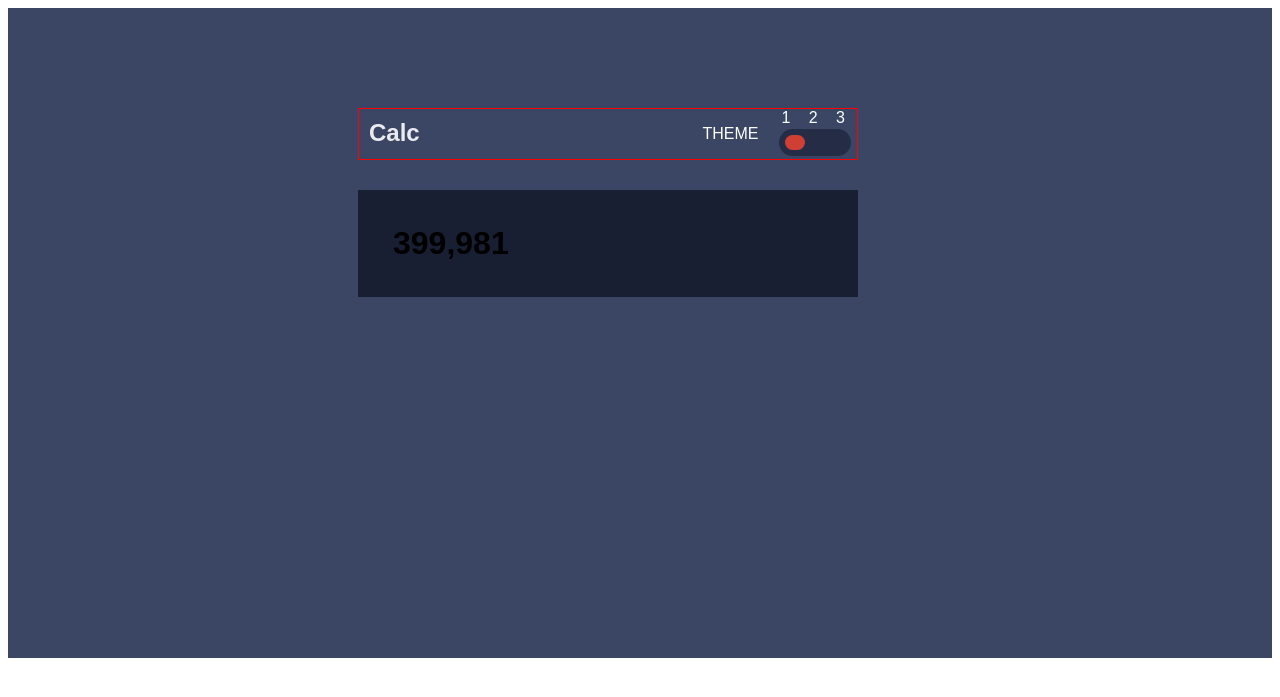
Repository: Bakyproit/Calcutor
Page: SimpleCalculatorApp.html
An editor plug-in stored every save of this project. The page is shown before and after the next save, followed by the edit.
The browser window is 1280 px wide. The pictures show the whole page.

Above is the page before, as saved 2022-02-09 16:05:50.

### SimpleCalculatorApp.html
<!DOCTYPE html>
<html lang="en">
<head>
    <meta charset="UTF-8">
    <meta http-equiv="X-UA-Compatible" content="IE=edge">
    <meta name="viewport" content="width=device-width, initial-scale=1.0">
    <title>SimpleCalculatorApp</title>
    <link rel="stylesheet" href="asset/App.css">
    <link rel="stylesheet" href="asset/grid.css">
</head>
<body>
    <div class="container">
        <div class="app">
            <div class="app__title">
                <h1 class="app__title-name">Calc</h1>
                <div class="app__title-theme">
                    <p class="app__title-theme-name">THEME</p>
                    <div class="app__title-theme-box">
                        <div class="app__title-theme-box-number">
                            <span class="app__title-theme-box-number-1">1</span>
                            <span class="app__title-theme-box-number-2">2</span>
                            <span class="app__title-theme-box-number-3">3</span>
                        </div>
                        <div class="app__title-theme-box-toggle">
                            <label for="toggle-input" class="toggle">
                                <input type="checkbox" id="toggle-input" class="toggle__checkbox">
                                <div class="toggle__bar">
                                    <div class="toggle__spin"></div>
                                </div>
                            </label>
                        </div>
                    </div>
                </div>
            </div>

            <div class="app__content">
                <h1 class="app__content-number">399,981</h1>
            </div>
        </div>
    </div>
</body>
</html>

### asset/App.css
html{
    font-family:Arial, Helvetica, sans-serif ;
    box-sizing: border-box;
    padding: 0 ;
    margin: 0;
}
h1{
    margin: 0;
}

.container{
    height: 650px;
    width: 100%;
    background-color: #3b4664;
    position: relative;
}
.app{
    width: 500px;
    position:absolute ;
    top:100px ;
    left:350px;

}
.app__title{
    border:1px solid red ;
    display: flex;
    justify-content:space-between;

}
.app__title-name{
    color : #e9ebf0 ;
    font-size: 24px;
    padding: 10px;
}
.app__title-theme{
    display: flex;
}
.app__title-theme-name{
    color :20px ;
    color:#fcfeff ;
    margin-right: 16px;
}
.app__title-theme-box{
    display: flex;
    flex-direction: column;
    padding-right: 5px;
}
.app__title-theme-box-number{
    color : #f8ffff ;
}
.app__title-theme-box-number-1{
    padding: 0 7px;
}
.app__title-theme-box-number-2{
    padding: 0 7px;

}
.app__title-theme-box-number-3{
    padding: 0 7px;

}
.app__title-theme-box-toggle{
    padding-top: 2px;
    padding-left: 5px;
}
.toggle__checkbox{
    display: none;
}
.toggle__bar{
    width: 60px;
    height: 15px;
    background-color: #252c46;
    border-radius: 5rem;
    /* transition: background-color 4s linear; */
    padding: 6px;
}
.toggle__spin{
    width: 20px;
    height: 15px;
    background-color: #cf3f34;
    border-radius: 3rem;
    transition: transform .3s linear;
}
.toggle__checkbox:checked ~ .toggle__bar{
    background-color: #a2aac6;
}
.toggle__checkbox:checked + .toggle__bar .toggle__spin {
    transform: translateX(2.5rem);
}


.app__content{
    background-color: #181f32;
    margin:30px 0;
}
.app__content-number{
    padding: 35px 35px;
}

### asset/grid.css
.grid {
    width: 100%;
    display: block;
    padding: 0;

}

.grid.wide {
    max-width: 1200px;
    margin: 0 auto;
}

.row {
    display: flex;
    flex-wrap: wrap;
    margin-left: -4px;
    margin-right: -4px;
}

.row.no-gutters {
    margin-left: 0;
    margin-right: 0;
}

.col {
    padding-left: 4px;
    padding-right: 4px;
}

.row.no-gutters .col {
    padding-left: 0;
    padding-right: 0;
}

.c-0 {
    display: none;
}

.c-1 {
    flex: 0 0 8.33333%;
    max-width: 8.33333%;
}

.c-2 {
    flex: 0 0 16.66667%;
    max-width: 16.66667%;
}

.c-3 {
    flex: 0 0 25%;
    max-width: 25%;
}

.c-4 {
    flex: 0 0 33.33333%;
    max-width: 33.33333%;
}

.c-5 {
    flex: 0 0 41.66667%;
    max-width: 41.66667%;
}

.c-6 {
    flex: 0 0 50%;
    max-width: 50%;
}

.c-7 {
    flex: 0 0 58.33333%;
    max-width: 58.33333%;
}

.c-8 {
    flex: 0 0 66.66667%;
    max-width: 66.66667%;
}

.c-9 {
    flex: 0 0 75%;
    max-width: 75%;
}

.c-10 {
    flex: 0 0 83.33333%;
    max-width: 83.33333%;
}

.c-11 {
    flex: 0 0 91.66667%;
    max-width: 91.66667%;
}

.c-12 {
    flex: 0 0 100%;
    max-width: 100%;
}

.c-o-1 {
    margin-left: 8.33333%;
}

.c-o-2 {
    margin-left: 16.66667%;
}

.c-o-3 {
    margin-left: 25%;
}

.c-o-4 {
    margin-left: 33.33333%;
}

.c-o-5 {
    margin-left: 41.66667%;
}

.c-o-6 {
    margin-left: 50%;
}

.c-o-7 {
    margin-left: 58.33333%;
}

.c-o-8 {
    margin-left: 66.66667%;
}

.c-o-9 {
    margin-left: 75%;
}

.c-o-10 {
    margin-left: 83.33333%;
}

.c-o-11 {
    margin-left: 91.66667%;
}

/* >= Tablet */
@media (min-width: 740px) {
    .row {
        margin-left: -8px;
        margin-right: -8px;
    }

    .col {
        padding-left: 8px;
        padding-right: 8px;
    }

    .m-0 {
        display: none;
    }

    .m-1,
    .m-2,
    .m-3,
    .m-4,
    .m-5,
    .m-6,
    .m-7,
    .m-8,
    .m-9,
    .m-10,
    .m-11,
    .m-12 {
        display: block;
    }

    .m-1 {
        flex: 0 0 8.33333%;
        max-width: 8.33333%;
    }

    .m-2 {
        flex: 0 0 16.66667%;
        max-width: 16.66667%;
    }

    .m-3 {
        flex: 0 0 25%;
        max-width: 25%;
    }

    .m-4 {
        flex: 0 0 33.33333%;
        max-width: 33.33333%;
    }

    .m-5 {
        flex: 0 0 41.66667%;
        max-width: 41.66667%;
    }

    .m-6 {
        flex: 0 0 50%;
        max-width: 50%;
    }

    .m-7 {
        flex: 0 0 58.33333%;
        max-width: 58.33333%;
    }

    .m-8 {
        flex: 0 0 66.66667%;
        max-width: 66.66667%;
    }

    .m-9 {
        flex: 0 0 75%;
        max-width: 75%;
    }

    .m-10 {
        flex: 0 0 83.33333%;
        max-width: 83.33333%;
    }

    .m-11 {
        flex: 0 0 91.66667%;
        max-width: 91.66667%;
    }

    .m-12 {
        flex: 0 0 100%;
        max-width: 100%;
    }

    .m-o-1 {
        margin-left: 8.33333%;
    }

    .m-o-2 {
        margin-left: 16.66667%;
    }

    .m-o-3 {
        margin-left: 25%;
    }

    .m-o-4 {
        margin-left: 33.33333%;
    }

    .m-o-5 {
        margin-left: 41.66667%;
    }

    .m-o-6 {
        margin-left: 50%;
    }

    .m-o-7 {
        margin-left: 58.33333%;
    }

    .m-o-8 {
        margin-left: 66.66667%;
    }

    .m-o-9 {
        margin-left: 75%;
    }

    .m-o-10 {
        margin-left: 83.33333%;
    }

    .m-o-11 {
        margin-left: 91.66667%;
    }
}

/* PC medium resolution > */
@media (min-width: 1113px) {
    .row {
        margin-left: -6px;
        margin-right: -6px;
    }

    .row.sm-gutter {
        margin-left: -5px;
        margin-right: -5px;
    }

    .col {
        padding-left: 6px;
        padding-right: 6px;
    }

    .row.sm-gutter .col {
        padding-left: 5px;
        padding-right: 5px;
    }

    .l-0 {
        display: none;
    }

    .l-1,
    .l-2,
    .l-2-4,
    .l-3,
    .l-4,
    .l-5,
    .l-6,
    .l-7,
    .l-8,
    .l-9,
    .l-10,
    .l-11,
    .l-12 {
        display: block;
    }

    .l-1 {
        flex: 0 0 8.33333%;
        max-width: 8.33333%;
    }

    .l-2 {
        flex: 0 0 16.66667%;
        max-width: 16.66667%;
    }

    .l-2-4 {
        flex: 0 0 20%;
        max-width: 20%;
    }

    .l-3 {
        flex: 0 0 25%;
        max-width: 25%;
    }

    .l-4 {
        flex: 0 0 33.33333%;
        max-width: 33.33333%;
    }

    .l-5 {
        flex: 0 0 41.66667%;
        max-width: 41.66667%;
    }

    .l-6 {
        flex: 0 0 50%;
        max-width: 50%;
    }

    .l-7 {
        flex: 0 0 58.33333%;
        max-width: 58.33333%;
    }

    .l-8 {
        flex: 0 0 66.66667%;
        max-width: 66.66667%;
    }

    .l-9 {
        flex: 0 0 75%;
        max-width: 75%;
    }

    .l-10 {
        flex: 0 0 83.33333%;
        max-width: 83.33333%;
    }

    .l-11 {
        flex: 0 0 91.66667%;
        max-width: 91.66667%;
    }

    .l-12 {
        flex: 0 0 100%;
        max-width: 100%;
    }

    .l-o-1 {
        margin-left: 8.33333%;
    }

    .l-o-2 {
        margin-left: 16.66667%;
    }

    .l-o-3 {
        margin-left: 25%;
    }

    .l-o-4 {
        margin-left: 33.33333%;
    }

    .l-o-5 {
        margin-left: 41.66667%;
    }

    .l-o-6 {
        margin-left: 50%;
    }

    .l-o-7 {
        margin-left: 58.33333%;
    }

    .l-o-8 {
        margin-left: 66.66667%;
    }

    .l-o-9 {
        margin-left: 75%;
    }

    .l-o-10 {
        margin-left: 83.33333%;
    }

    .l-o-11 {
        margin-left: 91.66667%;
    }
}

/* Tablet - PC low resolution */
@media (min-width: 740px) and (max-width: 1023px) {
    .wide {
        width: 644px;
    }
}

/* > PC low resolution */
@media (min-width: 1024px) and (max-width: 1239px) {
    .wide {
        width: 984px;
    }

    .wide .row {
        margin-left: -12px;
        margin-right: -12px;
    }

    .wide .row.sm-gutter {
        margin-left: -5px;
        margin-right: -5px;
    }

    .wide .col {
        padding-left: 12px;
        padding-right: 12px;
    }

    .wide .row.sm-gutter .col {
        padding-left: 5px;
        padding-right: 5px;
    }

    .wide .l-0 {
        display: none;
    }

    .wide .l-1,
    .wide .l-2,
    .wide .l-2-4,
    .wide .l-3,
    .wide .l-4,
    .wide .l-5,
    .wide .l-6,
    .wide .l-7,
    .wide .l-8,
    .wide .l-9,
    .wide .l-10,
    .wide .l-11,
    .wide .l-12 {
        display: block;
    }

    .wide .l-1 {
        flex: 0 0 8.33333%;
        max-width: 8.33333%;
    }

    .wide .l-2 {
        flex: 0 0 16.66667%;
        max-width: 16.66667%;
    }

    .wide .l-2-4 {
        flex: 0 0 20%;
        max-width: 20%;
    }

    .wide .l-3 {
        flex: 0 0 25%;
        max-width: 25%;
    }

    .wide .l-4 {
        flex: 0 0 33.33333%;
        max-width: 33.33333%;
    }

    .wide .l-5 {
        flex: 0 0 41.66667%;
        max-width: 41.66667%;
    }

    .wide .l-6 {
        flex: 0 0 50%;
        max-width: 50%;
    }

    .wide .l-7 {
        flex: 0 0 58.33333%;
        max-width: 58.33333%;
    }

    .wide .l-8 {
        flex: 0 0 66.66667%;
        max-width: 66.66667%;
    }

    .wide .l-9 {
        flex: 0 0 75%;
        max-width: 75%;
    }

    .wide .l-10 {
        flex: 0 0 83.33333%;
        max-width: 83.33333%;
    }

    .wide .l-11 {
        flex: 0 0 91.66667%;
        max-width: 91.66667%;
    }

    .wide .l-12 {
        flex: 0 0 100%;
        max-width: 100%;
    }

    .wide .l-o-1 {
        margin-left: 8.33333%;
    }

    .wide .l-o-2 {
        margin-left: 16.66667%;
    }

    .wide .l-o-3 {
        margin-left: 25%;
    }

    .wide .l-o-4 {
        margin-left: 33.33333%;
    }

    .wide .l-o-5 {
        margin-left: 41.66667%;
    }

    .wide .l-o-6 {
        margin-left: 50%;
    }

    .wide .l-o-7 {
        margin-left: 58.33333%;
    }

    .wide .l-o-8 {
        margin-left: 66.66667%;
    }

    .wide .l-o-9 {
        margin-left: 75%;
    }

    .wide .l-o-10 {
        margin-left: 83.33333%;
    }

    .wide .l-o-11 {
        margin-left: 91.66667%;
    }
}

After the next save:
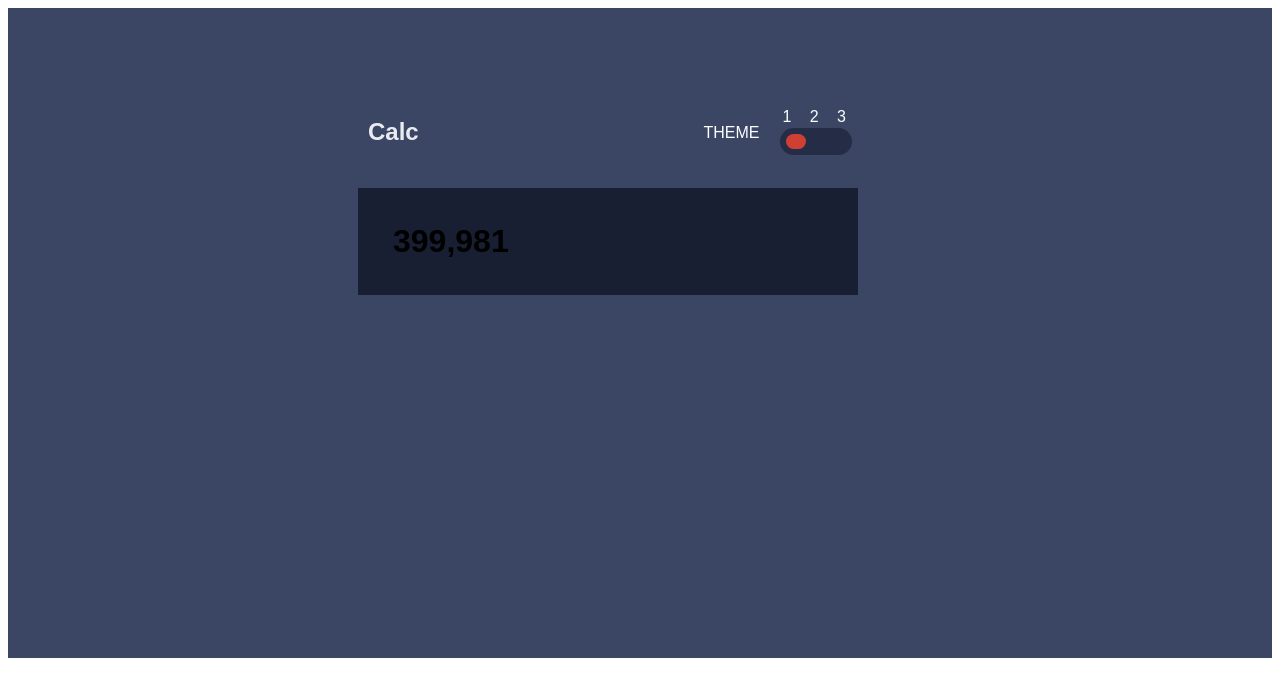
Saved 18 s later.
--- a/asset/App.css
+++ b/asset/App.css
@@ -22,7 +22,6 @@ h1{
 
 }
 .app__title{
-    border:1px solid red ;
     display: flex;
     justify-content:space-between;
 
